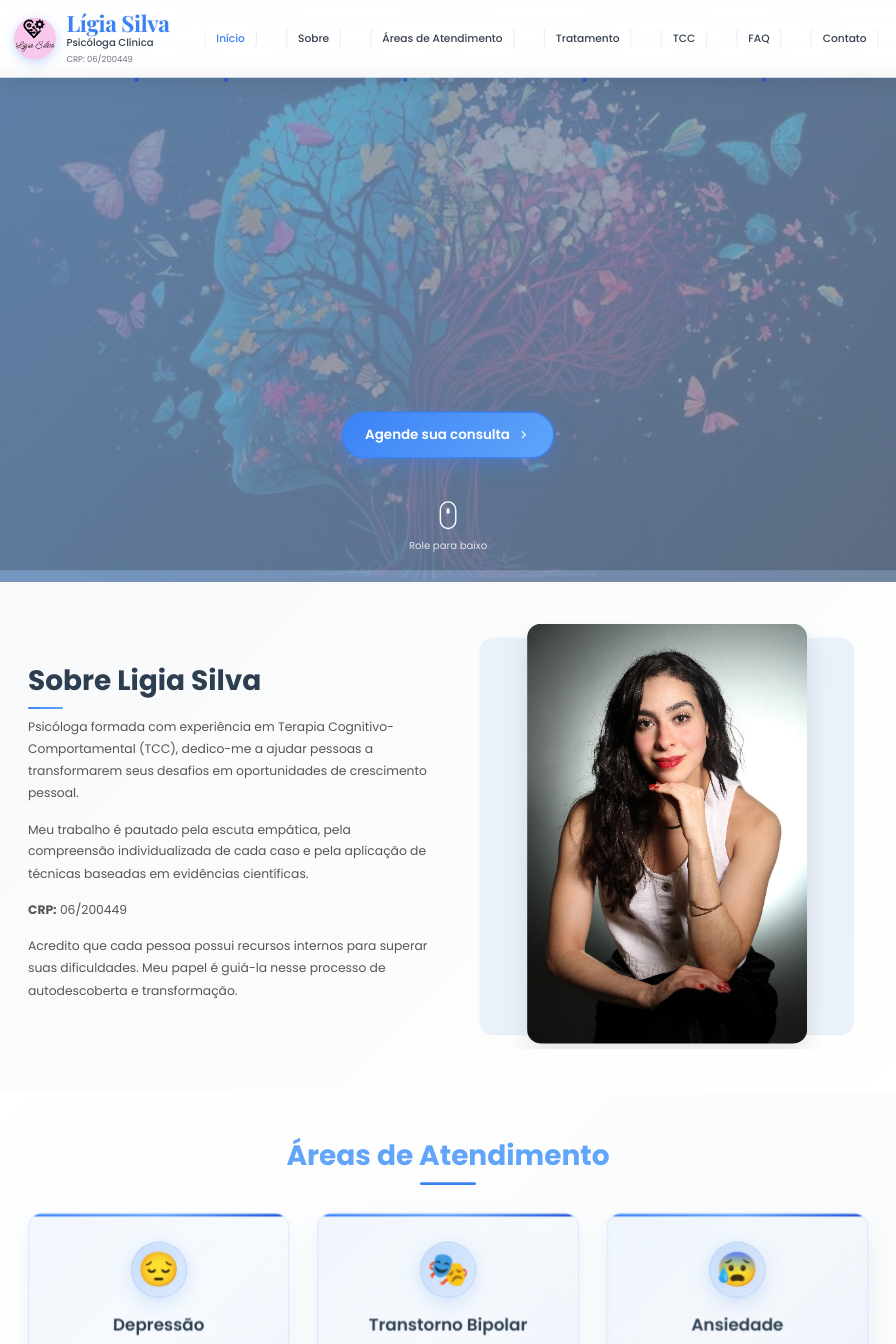
Repository: MichelAlmeida1990/Projeto-Psicologa
Page: index.html
The author's editor kept a copy of each file at every save. The page is drawn from the files as they stood at one save, then again after the next save.
The browser window is 1280 px wide. The pictures show the part of the page from y = 0 to 1920 px (the page is 6112 px tall before and 6365 px after), at 70% of full size.

Above is the page before, as saved 2025-07-19 11:07:25.

### index.html
<!DOCTYPE html>
<html lang="pt-BR">
<head>
    <meta charset="UTF-8">
    <meta name="viewport" content="width=device-width, initial-scale=1.0">
    <meta name="description" content="Psicóloga Ligia Silva - Especialista em Terapia Cognitivo-Comportamental. Transforme sua vida e construa uma vida que valha a pena ser vivida.">
    <meta name="keywords" content="psicóloga, terapia, TCC, ansiedade, depressão, psicologia">
    <title>Psicóloga Ligia Silva - Transforme sua vida com TCC</title>

    <!-- Favicon -->
    <link rel="icon" type="image/x-icon" href="data:[embedded picture, 125 characters]">
    <link rel="apple-touch-icon" href="data:[embedded picture, 125 characters]">

    <!-- Preload critical resources -->
    <link rel="preload" href="styles.css" as="style">
    <link rel="preload" href="script.js" as="script">

    <!-- Stylesheets -->
    <link rel="stylesheet" href="styles.css">
    <link rel="preconnect" href="https://fonts.googleapis.com">
    <link rel="preconnect" href="https://fonts.gstatic.com" crossorigin>
    <link href="https://fonts.googleapis.com/css2?family=Playfair+Display:wght@400;500;600;700&family=Poppins:wght@300;400;500;600;700&family=Dancing+Script:wght@400;500;600;700&display=swap" rel="stylesheet">

    <!-- Meta tags para mobile -->
    <meta name="theme-color" content="#3b82f6">
    <meta name="mobile-web-app-capable" content="yes">
    <meta name="apple-mobile-web-app-status-bar-style" content="default">
    <meta name="apple-mobile-web-app-title" content="Psicóloga Ligia Silva">
</head>
<body>
    <!-- Loading Screen -->
    <div class="loading-screen">
        <div class="loading-content">
            <div class="loading-logo">
                <img src="assets/image/logo.png" alt="Logo Ligia Silva" width="100" height="100">
            </div>
            <div class="loading-text">Carregando...</div>
            <div class="loading-bar">
                <div class="loading-progress"></div>
            </div>
        </div>
    </div>

    <!-- Scroll Progress Bar -->
    <div class="scroll-progress-bar">
        <div class="scroll-progress"></div>
    </div>

    <!-- Header -->
    <header class="header">
        <div class="header-decoration">
            <div class="floating-element"></div>
            <div class="floating-element"></div>
            <div class="floating-element"></div>
        </div>
        <nav class="nav">
            <div class="nav-container">
                <div class="logo">
                    <div class="logo-icon">
                        <img src="assets/image/logo.png" alt="Logo Ligia Silva" width="60" height="60">
                    </div>
                    <div class="logo-text">
                        <h1>Lígia Silva</h1>
                        <span class="logo-subtitle">Psicóloga Clínica</span>
                        <span class="crp">CRP: 06/200449</span>
                    </div>
                </div>
                <ul class="nav-menu">
                    <li><a href="#inicio">Início</a></li>
                    <li><a href="#sobre">Sobre</a></li>
                    <li><a href="#areas">Áreas de Atendimento</a></li>
                    <li><a href="#tratamento">Tratamento</a></li>
                    <li><a href="#tcc">TCC</a></li>
                    <li><a href="#faq">FAQ</a></li>
                    <li><a href="#contato">Contato</a></li>
                </ul>
                <div class="nav-toggle">
                    <span></span>
                    <span></span>
                    <span></span>
                </div>
            </div>
        </nav>
    </header>

    <!-- Hero Section -->
    <section class="hero" id="inicio">
        <div class="particles-container">
            <div class="particle"></div>
            <div class="particle"></div>
            <div class="particle"></div>
            <div class="particle"></div>
            <div class="particle"></div>
            <div class="particle"></div>
        </div>
        <div class="hero-content">
            <h1 class="hero-title animated-text" data-aos="fade-up">
                <span class="letter">L</span>
                <span class="letter">í</span>
                <span class="letter">g</span>
                <span class="letter">i</span>
                <span class="letter">a</span>
                <span class="space"> </span>
                <span class="letter">S</span>
                <span class="letter">i</span>
                <span class="letter">l</span>
                <span class="letter">v</span>
                <span class="letter">a</span>
            </h1>
            <p class="hero-subtitle animated-subtitle" data-aos="fade-up" data-aos-delay="200">
                <span class="sub-letter">P</span>
                <span class="sub-letter">s</span>
                <span class="sub-letter">i</span>
                <span class="sub-letter">c</span>
                <span class="sub-letter">ó</span>
                <span class="sub-letter">l</span>
                <span class="sub-letter">o</span>
                <span class="sub-letter">g</span>
                <span class="sub-letter">a</span>
                <span class="sub-space"> </span>
                <span class="sub-letter">e</span>
                <span class="sub-letter">s</span>
                <span class="sub-letter">p</span>
                <span class="sub-letter">e</span>
                <span class="sub-letter">c</span>
                <span class="sub-letter">i</span>
                <span class="sub-letter">a</span>
                <span class="sub-letter">l</span>
                <span class="sub-letter">i</span>
                <span class="sub-letter">z</span>
                <span class="sub-letter">a</span>
                <span class="sub-letter">d</span>
                <span class="sub-letter">a</span>
                <span class="sub-space"> </span>
                <span class="sub-letter">e</span>
                <span class="sub-letter">m</span>
                <span class="sub-space"> </span>
                <span class="sub-letter">T</span>
                <span class="sub-letter">e</span>
                <span class="sub-letter">r</span>
                <span class="sub-letter">a</span>
                <span class="sub-letter">p</span>
                <span class="sub-letter">i</span>
                <span class="sub-letter">a</span>
                <br>
                <span class="sub-letter">C</span>
                <span class="sub-letter">o</span>
                <span class="sub-letter">g</span>
                <span class="sub-letter">n</span>
                <span class="sub-letter">i</span>
                <span class="sub-letter">t</span>
                <span class="sub-letter">i</span>
                <span class="sub-letter">v</span>
                <span class="sub-letter">o</span>
                <span class="sub-letter">-</span>
                <span class="sub-letter">C</span>
                <span class="sub-letter">o</span>
                <span class="sub-letter">m</span>
                <span class="sub-letter">p</span>
                <span class="sub-letter">o</span>
                <span class="sub-letter">r</span>
                <span class="sub-letter">t</span>
                <span class="sub-letter">a</span>
                <span class="sub-letter">m</span>
                <span class="sub-letter">e</span>
                <span class="sub-letter">n</span>
                <span class="sub-letter">t</span>
                <span class="sub-letter">a</span>
                <span class="sub-letter">l</span>
            </p>
            <a href="#contato" class="hero-cta" data-aos="fade-up" data-aos-delay="400">
                <span>Agende sua consulta</span>
                <svg width="20" height="20" viewBox="0 0 24 24" fill="none" stroke="currentColor" stroke-width="2">
                    <path d="m9 18 6-6-6-6"/>
                </svg>
            </a>
        </div>
        <div class="scroll-indicator">
            <div class="scroll-mouse">
                <div class="scroll-wheel"></div>
            </div>
            <span>Role para baixo</span>
        </div>
    </section>

    <!-- About Section -->
    <section id="sobre" class="about">
        <div class="container">
            <div class="about-content">
                <div class="about-text">
                    <h2>Sobre Ligia Silva</h2>
                    <p>Psicóloga formada com experiência em Terapia Cognitivo-Comportamental (TCC), dedico-me a ajudar pessoas a transformarem seus desafios em oportunidades de crescimento pessoal.</p>
                    <p>Meu trabalho é pautado pela escuta empática, pela compreensão individualizada de cada caso e pela aplicação de técnicas baseadas em evidências científicas.</p>
                    <p><strong>CRP:</strong> 06/200449</p>
                    <div class="about-final">
                        <p>Acredito que cada pessoa possui recursos internos para superar suas dificuldades. Meu papel é guiá-la nesse processo de autodescoberta e transformação.</p>
                    </div>
                </div>
                <div class="about-photo">
                    <img src="assets/image/WhatsApp Image 2025-07-14 at 19.04.00.jpeg" alt="Psicóloga Ligia Silva">
                </div>
            </div>
        </div>
    </section>

    <!-- Services Section -->
    <section id="servicos" class="services">
        <div class="container">
            <h2 class="section-title">Áreas de Atendimento</h2>
            <div class="services-grid">
                <div class="service-card">
                    <div class="icon">😔</div>
                    <h3>Depressão</h3>
                    <p>Tratamento especializado para quadros depressivos, ajudando a recuperar o prazer de viver e a motivação para atividades cotidianas.</p>
                </div>
                <div class="service-card">
                    <div class="icon">🎭</div>
                    <h3>Transtorno Bipolar</h3>
                    <p>Acompanhamento para estabilização do humor e desenvolvimento de estratégias para lidar com as oscilações emocionais.</p>
                </div>
                <div class="service-card">
                    <div class="icon">😰</div>
                    <h3>Ansiedade</h3>
                    <p>Técnicas eficazes para reduzir a ansiedade e desenvolver recursos para enfrentar situações desafiadoras com mais tranquilidade.</p>
                </div>
                <div class="service-card">
                    <div class="icon">😴</div>
                    <h3>Insônia</h3>
                    <p>Abordagem terapêutica para melhorar a qualidade do sono e estabelecer rotinas saudáveis para um descanso reparador.</p>
                </div>
                <div class="service-card">
                    <div class="icon">💕</div>
                    <h3>Relacionamentos</h3>
                    <p>Desenvolvimento de habilidades sociais e apoio para construir relacionamentos mais saudáveis e satisfatórios.</p>
                </div>
                <div class="service-card">
                    <div class="icon">⏰</div>
                    <h3>Procrastinação</h3>
                    <p>Estratégias para vencer a procrastinação e aumentar a produtividade, desenvolvendo disciplina e organização pessoal.</p>
                </div>
            </div>
        </div>
    </section>

    <!-- Como Funciona o Tratamento -->
    <section id="tratamento" class="treatment">
        <div class="container">
            <h2 class="section-title">Como Funciona o Tratamento?</h2>
            <div class="treatment-steps">
                <div class="step">
                    <div class="step-number">1</div>
                    <h3>Avaliação Inicial</h3>
                    <p>As primeiras sessões são dedicadas a uma análise completa do seu histórico de vida, dos seus desafios, potencialidades e para a definição dos objetivos terapêuticos.</p>
                </div>
                <div class="step">
                    <div class="step-number">2</div>
                    <h3>Plano Terapêutico Individualizado</h3>
                    <p>Desenvolvo um plano terapêutico baseado nas suas demandas específicas e no que há de mais eficaz segundo a literatura científica.</p>
                </div>
                <div class="step">
                    <div class="step-number">3</div>
                    <h3>Práticas Baseadas em Evidências</h3>
                    <p>Todas as minhas intervenções são cientificamente embasadas.</p>
                </div>
                <div class="step">
                    <div class="step-number">4</div>
                    <h3>Utilização de Técnicas e Ferramentas</h3>
                    <p>Faço uso de técnicas e ferramentas práticas para te auxiliar no seu dia a dia.</p>
                </div>
                <div class="step">
                    <div class="step-number">5</div>
                    <h3>Foco na Individualidade</h3>
                    <p>Reconheço que cada pessoa é singular; por isso, o plano de cuidado é ajustado à sua jornada e aos seus desafios.</p>
                </div>
            </div>
        </div>
    </section>

    <!-- TCC Section -->
    <section id="tcc" class="tcc">
        <div class="container">
            <h2 class="section-title">TERAPIA COGNITIVO-COMPORTAMENTAL: O QUE É A TCC</h2>
            <div class="tcc-content">
                <div class="tcc-text">
                    <p>
                        A TCC é uma abordagem psicoterapêutica que busca auxiliar as pessoas a identificarem e modificarem padrões de pensamento (cognições) e comportamento que causam sofrimento.
                    </p>
                    <p>
                        A ideia central da TCC é que não são os eventos em si que nos afetam, mas a maneira como os interpretamos e por isso, durante o tratamento, trabalhamos para identificar pensamentos automáticos, questionar e reestruturar crenças disfuncionais e modificar comportamentos. Nosso objetivo principal será construir ferramentas para que você desenvolva autonomia para lidar com os desafios da vida.
                    </p>
                    <p>
                        Por ter resultados comprovados, a TCC é amplamente utilizada para tratar diversos transtornos, como ansiedade, depressão, fobias, transtorno obsessivo-compulsivo (TOC), entre outros.
                    </p>
                </div>
                <div class="tcc-image">
                    <img src="assets/image/WhatsApp Image 2025-07-14 at 19.06.52.jpeg" alt="Terapia Cognitivo-Comportamental" class="tcc-img">
                </div>
            </div>
        </div>
    </section>

    <!-- FAQ Section -->
    <section id="faq" class="faq">
        <div class="container">
            <h2 class="section-title">DÚVIDAS FREQUENTES</h2>
            <div class="faq-list">
                <div class="faq-item">
                    <button class="faq-question">
                        Como funcionam as sessões online?
                        <span class="faq-icon">+</span>
                    </button>
                    <div class="faq-answer">
                        <p>Todas as sessões são realizadas pela plataforma Google Meet, de forma segura e sigilosa, tendo a mesma duração e efetividade das sessões realizadas presencialmente, com a vantagem de poder ser realizada de onde você se sentir mais confortável.</p>
                    </div>
                </div>
                <div class="faq-item">
                    <button class="faq-question">
                        Quanto tempo dura o tratamento?
                        <span class="faq-icon">+</span>
                    </button>
                    <div class="faq-answer">
                        <p>Cada indivíduo é um universo próprio, o que significa que cada caso será olhado com a especificidade que apresenta. Dentro da terapia cognitivo-comportamental, nós temos protocolos de tratamento muito bem estabelecidos para diversos tipos de problemas, mas isso também depende da gravidade e das comorbidades apresentadas por cada caso.</p>
                        <p>Durante a primeira sessão de avaliação, consigo fornecer uma estimativa de duração do tratamento, mas é fundamental ressaltar que o processo é também influenciado por diversos outros fatores, tanto externos quanto internos, o que poderá influenciar na duração do tratamento.</p>
                    </div>
                </div>
                <div class="faq-item">
                    <button class="faq-question">
                        Como funciona a psicoterapia?
                        <span class="faq-icon">+</span>
                    </button>
                    <div class="faq-answer">
                        <p>A psicoterapia é um processo que exige tempo e dedicação para que se mostre efetivo. Isso significa dizer que precisaremos de algumas sessões até que você comece a sentir melhor. A ideia é que, de forma colaborativa, possamos compreender as coisas que te afetam e desenvolver ferramentas para que você consiga lidar com elas.</p>
                        <p>O meu papel é, através da escuta ativa, da colaboração e da compreensão do seu caso, te guiar nesse processo de descoberta sobre si e sobre as suas potências e pontos de melhora.</p>
                    </div>
                </div>
            </div>
        </div>
    </section>

    <!-- Contato Section -->
    <section id="contato" class="contact">
        <div class="container">
            <h2 class="section-title">Entre em Contato</h2>
            <div class="contact-content">
                <div class="contact-info">
                    <h3>Pronto(a) para começar sua jornada?</h3>
                    <p>Entre em contato comigo para agendarmos uma conversa inicial. Juntos(as), vamos traçar um plano de tratamento personalizado para suas necessidades.</p>
                    <div class="contact-methods">
                        <div class="contact-method">
                            <span class="icon">📧</span>
                            <div>
                                <h4>Email</h4>
                                <p>psi.ligiabsilva@gmail.com</p>
                            </div>
                        </div>
                        <div class="contact-method">
                            <span class="icon">📱</span>
                            <div>
                                <h4>WhatsApp</h4>
                                <p><a href="https://wa.me/5511949606551" target="_blank" rel="noopener">(11) 94960-6551</a></p>
                            </div>
                        </div>
                        <div class="contact-method">
                            <span class="icon">💻</span>
                            <div>
                                <h4>Atendimento</h4>
                                <p>Online via Google Meet</p>
                            </div>
                        </div>
                    </div>
                </div>
                <form class="contact-form">
                    <h3>Envie uma mensagem</h3>
                    <div class="form-group">
                        <input type="text" id="nome" name="nome" placeholder="Seu nome" required>
                    </div>
                    <div class="form-group">
                        <input type="email" id="email" name="email" placeholder="Seu email" required>
                    </div>
                    <div class="form-group">
                        <input type="tel" id="telefone" name="telefone" placeholder="Seu telefone">
                    </div>
                    <div class="form-group">
                        <textarea id="mensagem" name="mensagem" placeholder="Sua mensagem" rows="5" required></textarea>
                    </div>
                    <button type="submit" class="btn btn-primary">Enviar Mensagem</button>
                </form>
            </div>
        </div>
    </section>

    <!-- Footer -->
    <footer class="footer">
        <div class="container">
            <div class="footer-content">
                <div class="footer-info">
                    <h3>Psicóloga Ligia Silva</h3>
                    <p>CRP: 06/200449</p>
                    <p>Especialista em Terapia Cognitivo-Comportamental</p>
                </div>
                <div class="footer-links">
                    <h4>Links Rápidos</h4>
                    <ul>
                        <li><a href="#inicio">Início</a></li>
                        <li><a href="#sobre">Sobre</a></li>
                        <li><a href="#areas">Áreas de Atendimento</a></li>
                        <li><a href="#contato">Contato</a></li>
                    </ul>
                </div>
                <div class="footer-contact">
                    <h4>Contato</h4>
                    <p>Email: psi.ligiabsilva@gmail.com</p>
                    <p>WhatsApp: <a href="https://wa.me/5511949606551" target="_blank" rel="noopener">(11) 94960-6551</a></p>
                    <p>Atendimento Online</p>
                </div>
            </div>
            <div class="footer-bottom">
                <p>&copy; 2024 Psicóloga Ligia Silva. Todos os direitos reservados.</p>
            </div>
        </div>
    </footer>

    <script src="script.js"></script>
</body>
</html>

Loaded but not shown: script.js (1226 lines, source omitted); styles.css (3552 lines, source omitted)

After the next save:
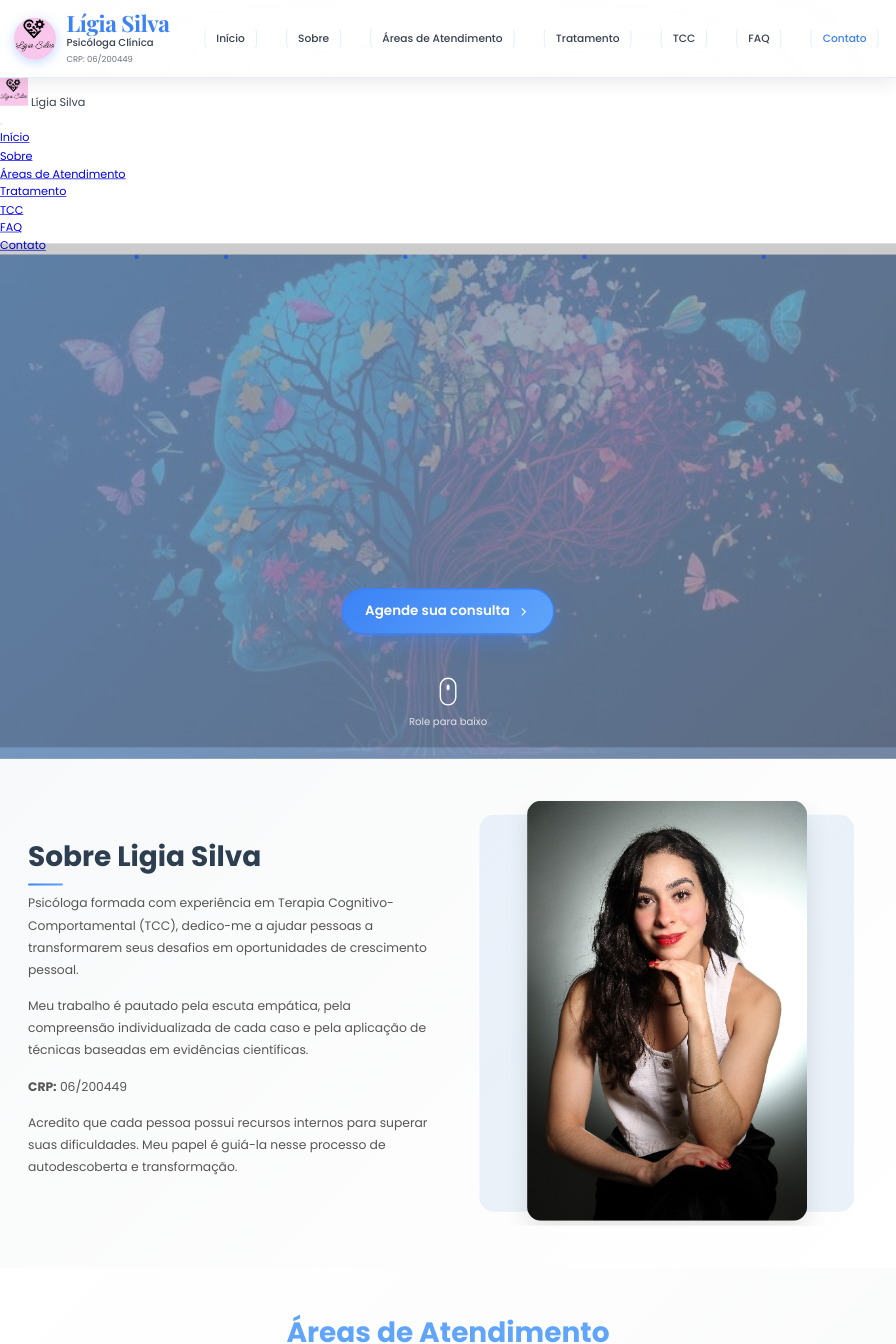
Saved 8 s later.
--- a/index.html
+++ b/index.html
@@ -79,6 +79,36 @@
                     <span></span>
                     <span></span>
                 </div>
+            </div>
+        </nav>
+    </header>
+
+    <!-- Menu Mobile Separado -->
+    <div class="mobile-menu-overlay">
+        <div class="mobile-menu">
+            <div class="mobile-menu-header">
+                <div class="mobile-logo">
+                    <img src="assets/image/logo.png" alt="Logo Ligia Silva" width="40" height="40">
+                    <span>Lígia Silva</span>
+                </div>
+                <button class="mobile-menu-close">
+                    <span></span>
+                    <span></span>
+                </button>
+            </div>
+            <nav class="mobile-nav">
+                <ul>
+                    <li><a href="#inicio">Início</a></li>
+                    <li><a href="#sobre">Sobre</a></li>
+                    <li><a href="#areas">Áreas de Atendimento</a></li>
+                    <li><a href="#tratamento">Tratamento</a></li>
+                    <li><a href="#tcc">TCC</a></li>
+                    <li><a href="#faq">FAQ</a></li>
+                    <li><a href="#contato">Contato</a></li>
+                </ul>
+            </nav>
+        </div>
+    </div>
             </div>
         </nav>
     </header>
